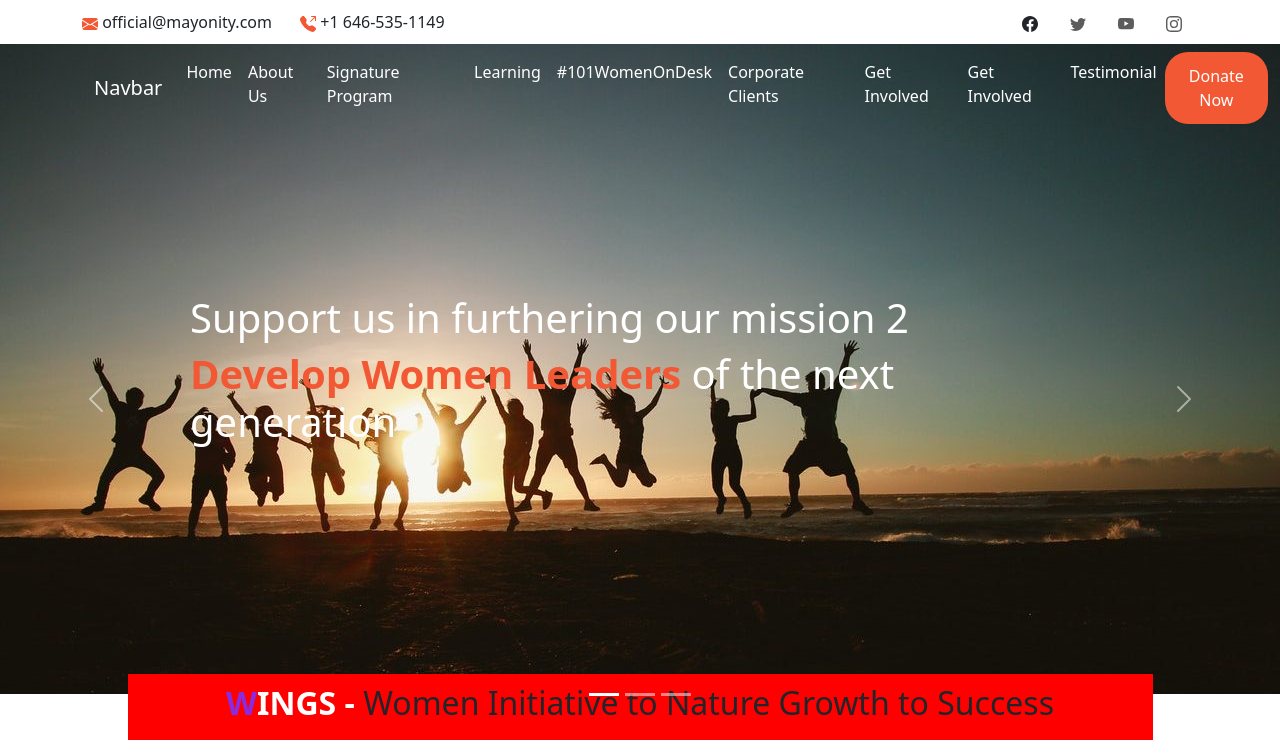
Repository: rizwan-zafar/wings
Page: /
The author's editor kept a copy of each file at every save. The page is drawn from the files as they stood at one save, then again after the next save.
The browser window is 1280 px wide. The pictures show the whole page.
The project was rebuilt for these pictures with package versions that can differ from the ones it lists, and the page was loaded fresh each time.

Above is the page before, as saved 2022-11-27 18:31:45.

### public/index.html
<!DOCTYPE html>
<html lang="en">
  <head>
    <meta charset="utf-8" />
    <link rel="icon" href="%PUBLIC_URL%/favicon.ico" />
    <meta name="viewport" content="width=device-width, initial-scale=1" />
    <meta name="theme-color" content="#000000" />
    <meta
      name="description"
      content="Web site created using create-react-app"
    />
    <link rel="apple-touch-icon" href="%PUBLIC_URL%/logo192.png" />
    <!--
      manifest.json provides metadata used when your web app is installed on a
      user's mobile device or desktop. See https://developers.google.com/web/fundamentals/web-app-manifest/
    -->
    <link rel="manifest" href="%PUBLIC_URL%/manifest.json" />
    <!--
      Notice the use of %PUBLIC_URL% in the tags above.
      It will be replaced with the URL of the `public` folder during the build.
      Only files inside the `public` folder can be referenced from the HTML.

      Unlike "/favicon.ico" or "favicon.ico", "%PUBLIC_URL%/favicon.ico" will
      work correctly both with client-side routing and a non-root public URL.
      Learn how to configure a non-root public URL by running `npm run build`.
    -->
    <title>Wings</title>
  </head>
  <body>
    <noscript>You need to enable JavaScript to run this app.</noscript>
    <div id="root"></div>
    <!--
      This HTML file is a template.
      If you open it directly in the browser, you will see an empty page.

      You can add webfonts, meta tags, or analytics to this file.
      The build step will place the bundled scripts into the <body> tag.

      To begin the development, run `npm start` or `yarn start`.
      To create a production bundle, use `npm run build` or `yarn build`.
    -->
  </body>
</html>

### src/index.js
import React from 'react';
import ReactDOM from 'react-dom/client';
import './index.css';
import App from './App';
import "../node_modules/bootstrap/dist/css/bootstrap.min.css"
import "../node_modules/bootstrap/dist/js/bootstrap.min.js"

const root = ReactDOM.createRoot(document.getElementById('root'));
root.render(
     <App />
 );

// If you want to start measuring performance in your app, pass a function
// to log results (for example: reportWebVitals(console.log))
// or send to an analytics endpoint. Learn more: https://bit.ly/CRA-vitals

### src/index.css
html {
  margin: 0;
  padding: 0;
  font-family: -apple-system, BlinkMacSystemFont, 'Segoe UI', 'Roboto', 'Oxygen',
    'Ubuntu', 'Cantarell', 'Fira Sans', 'Droid Sans', 'Helvetica Neue',
    sans-serif;
  -webkit-font-smoothing: antialiased;
  -moz-osx-font-smoothing: grayscale;
}
.icons{
  color:#f15833 ;
}
.social-icons{
  color:#000000a3
}

### src/App.js
import Home from "./Pages/Home"
function App() {
  return (

    <>
      <Home />
    </>

  );
}

export default App;

### src/Pages/Home.js
import React from 'react'
import TopNavbar from "../Components/Topnavbar"
// import Navbar from "../Components/Navbar"
import Slider from "../Components/Slider"
export default function Home() {
    return (
        <div>
            <TopNavbar />
            {/* <Navbar /> */}
            <Slider />
        </div>
    )
}

### src/Components/Topnavbar.js
import React from 'react'
import "../Css/Topnav.css"
import { EnvelopeFill, TelephoneOutboundFill, Twitter, Youtube, Instagram, Facebook } from "react-bootstrap-icons"
export default function Topnavbar() {
    return (
        <div className="top-bar container d-flex justify-content-between">
            <div>
                <span> <EnvelopeFill className="icons" /> official@mayonity.com</span>
                <span className="set-padding p-4"> <TelephoneOutboundFill className="icons ml-3" /> +1 646-535-1149</span>
            </div>
            <div>
                <span className="p-3 social-icons-"><Facebook /></span>
                <span className="p-3 social-icons"><Twitter /></span>
                <span className="p-3 social-icons"><Youtube /></span>
                <span className="p-3 social-icons"><Instagram /></span>
            </div>
        </div>
    )
}

### src/Components/Slider.js
import React from 'react'
import "../Css/Slider.css"
import Navbar from "../Components/Navbar"
export default function Slider() {
    return (
        <>
            <div className="set-slider">
                <Navbar />
                <div id="carouselExampleCaptions" className=" carousel slide" data-bs-ride="false">
                    <div className="carousel-indicators">
                        <button type="button" data-bs-target="#carouselExampleCaptions" data-bs-slide-to="0" className="active" aria-current="true" aria-label="Slide 1"></button>
                        <button type="button" data-bs-target="#carouselExampleCaptions" data-bs-slide-to="1" aria-label="Slide 2"></button>
                        <button type="button" data-bs-target="#carouselExampleCaptions" data-bs-slide-to="2" aria-label="Slide 3"></button>
                    </div>
                    <div className="carousel-inner container">
                        <div className="carousel-item active">
                            <div>
                                <h1>Support us in furthering our mission 2</h1>
                                <h1><strong>Develop Women Leaders</strong> of the next generation</h1>
                            </div>
                        </div>
                        <div className="carousel-item">
                            <div>
                                <h1>Support us in furthering our mission 3</h1>
                                <h1><strong>Develop Women Leaders</strong> of the next generation</h1>
                            </div>
                        </div>
                        <div className="carousel-item">
                            <div>
                                <h1>Support us in furthering our mission</h1>
                                <h1><strong>Develop Women Leaders</strong> of the next generation</h1>
                            </div>
                        </div>

                    </div>
                    <div className="sliders-btn">
                        <button className="carousel-control-prev" type="button" data-bs-target="#carouselExampleCaptions" data-bs-slide="prev">
                            <span className="carousel-control-prev-icon" aria-hidden="true"></span>
                            <span className="visually-hidden">Previous</span>
                        </button>
                        <button className="carousel-control-next" type="button" data-bs-target="#carouselExampleCaptions" data-bs-slide="next">
                            <span className="carousel-control-next-icon" aria-hidden="true"></span>
                            <span className="visually-hidden">Next</span>
                        </button>
                    </div>
                </div>
            </div>

            <div className="container text-center slider-footer">
                <div className="container">
                    <h2><strong>WINGS - </strong><span>Women Initiative to Nature Growth to Success</span></h2>
                </div>
            </div>
        </>
    )
}

### src/Css/Topnav.css
.top-bar{
background-color: #fff;
padding: 10px;
}
.nav-container .navbar
{
    position: fixed;
    width: -webkit-fill-available;
    z-index: 3;
}
.nav-container .btn
{
    background: #f15833;
    border-radius: 23px;
    color: white;
    padding: 11px;
    font-weight: 500;
}
 .nav-container nav ul li a
{
    color:  white;
}

### src/Css/Slider.css
.set-slider {
    background-image: url("/public/Images/header.jpg");
    background-size: cover;
    background-repeat: no-repeat;
    height: 650px;
}

.set-slider .carousel-indicators {
    top: 90%
}

.set-slider .carousel-inner {
    width: 80%;
}

.set-slider .carousel-inner .carousel-item>div {

    padding: 50px;
    padding-top: 250px;
}

.set-slider .carousel-inner h1 {

    font-weight: 400;
    color: #fff;
}

.set-slider .carousel-inner h1 strong {
    color: #f15833
}

.set-slider .sliders-btn {
    padding-top: 250px;
}

.slider-footer>div {
    background: red;
    max-width: 1025px;
    margin-top: -20px;
    padding: 10px;
}
.slider-footer>div strong {
    color: #fff;

}
.slider-footer>div ::first-letter  {

        color: #8A2BE2;
}



@media (min-width: 1254px) {
    .navbar-expanding {
        flex-wrap: nowrap;
        justify-content: flex-start;
        background:red;
    }
}

@media (max-width: 991px) {

    .set-slider .carousel-item h1 {
        font-size: 35px;
    }

    .set-slider .carousel-inner .carousel-item>div {
        padding: 20px;
        padding-top: 150px;
    }

    .set-slider .sliders-btn {
        padding-top: 70px;
    }
}

@media (max-width: 602px) {
    .set-slider {
        height: 450px;
    }

    .set-slider .carousel-inner {
        margin-top: 16px;
    }

    .set-slider .carousel-item h1 {
        font-size: 30px;
    }

    .set-slider .carousel-inner .carousel-item>div {
        padding: 20px;
        padding-top: 120px;
    }

    .set-slider .sliders-btn {
        padding-top: 70px;
    }
}

### src/Components/Navbar.js
import React from 'react'

export default function Navbar() {
  return (
    <div className="nav-container container">
      <nav className="navbar navbar-expand-xl navbar-dark">
        <div className="container-fluid">
          <a className="navbar-brand" href="/">Navbar</a>
          <button className="navbar-toggler" type="button" data-bs-toggle="collapse" data-bs-target="#navbarNav" aria-controls="navbarNav" aria-expanded="false" aria-label="Toggle navigation">
            <span className="navbar-toggler-icon"></span>
          </button>
          <div className="collapse navbar-collapse" id="navbarNav">
            <ul className="navbar-nav ms-auto">
              <li className="nav-item">
                <a className="nav-link active" aria-current="page" href="/">Home</a>
              </li>
              <li className="nav-item">
                <a className="nav-link" href="/">About Us</a>
              </li>
              <li className="nav-item">
                <a className="nav-link" href="/">Signature Program</a>
              </li>
              <li className="nav-item">
                <a className="nav-link" href="/">Learning</a>
              </li>
              <li className="nav-item">
                <a className="nav-link" href="/">#101WomenOnDesk</a>
              </li>
              <li className="nav-item">
                <a className="nav-link" href="/">Corporate Clients</a>
              </li>
              <li className="nav-item">
                <a className="nav-link" href="/">Get Involved</a>
              </li>
              <li className="nav-item">
                <a className="nav-link" href="/">Get Involved</a>
              </li>
              <li className="nav-item">
                <a className="nav-link" href="/">Testimonial</a>
              </li>
              <li className="nav-item">
                <a className="nav-link btn " href="/">Donate Now</a>
              </li>

            </ul>
          </div>
        </div>
      </nav>
    </div>
  )
}

After the next save:
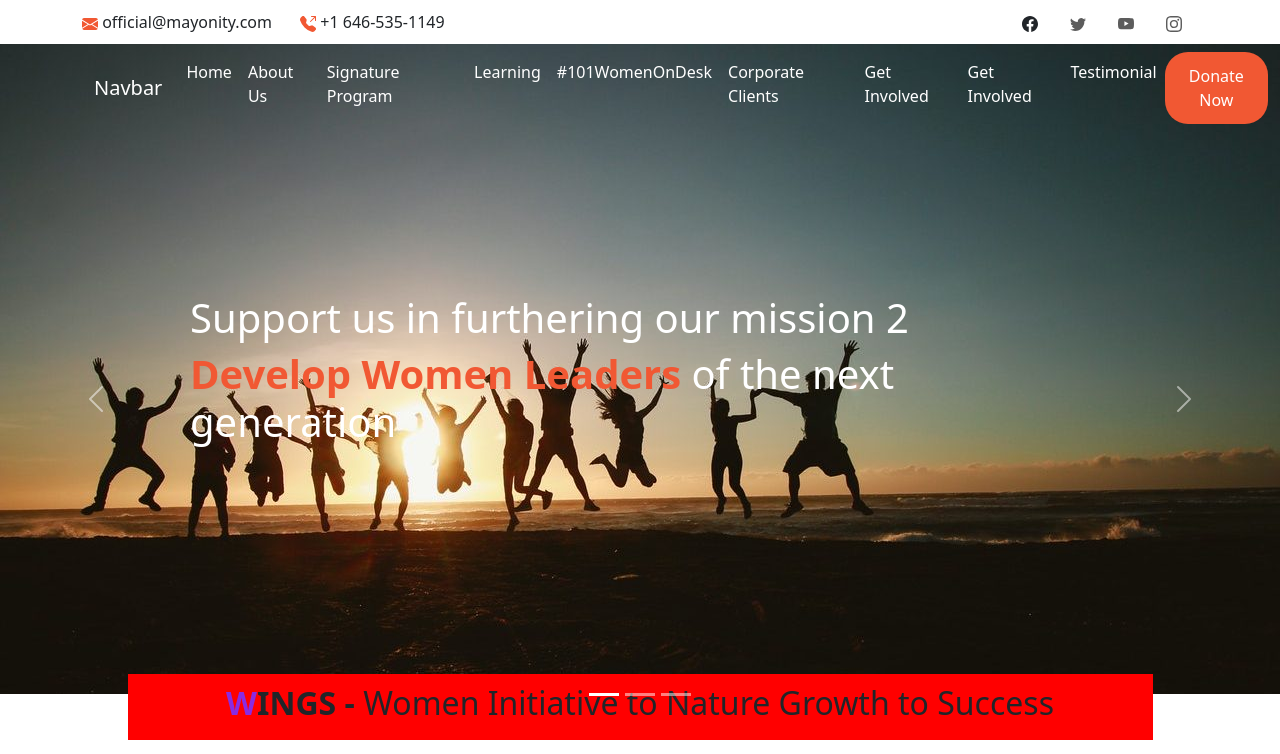
Saved 18 s later.
--- a/src/Css/Slider.css
+++ b/src/Css/Slider.css
@@ -39,7 +39,7 @@
     margin-top: -20px;
     padding: 10px;
 }
-.slider-footer>div strong {
+.slider-footer>divp strong {
     color: #fff;
 
 }
